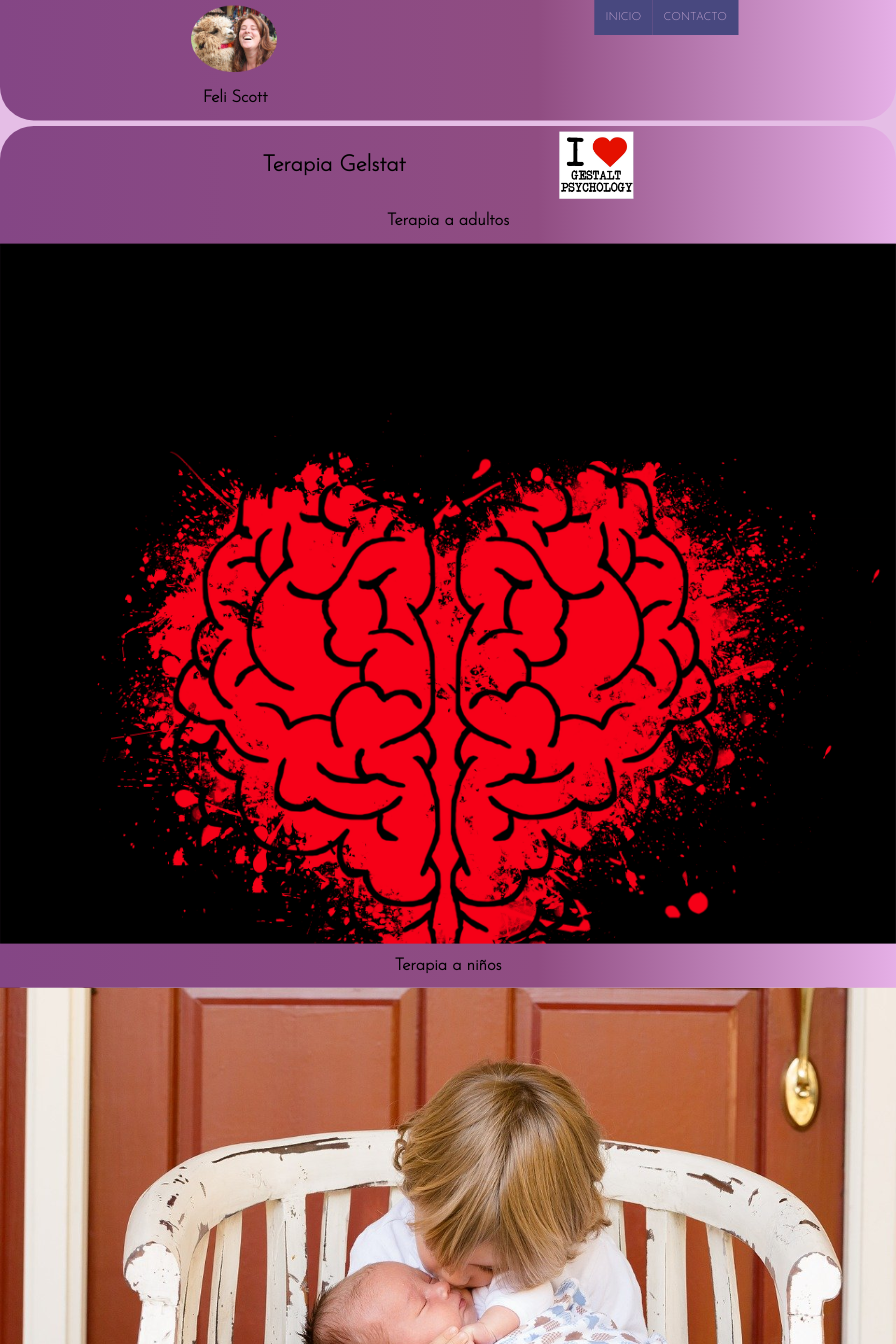
Repository: Jogalso/webPsicologa
Page: /
The author's editor kept a copy of each file at every save. The page is drawn from the files as they stood at one save, then again after the next save.
The browser window is 1280 px wide. The pictures show the part of the page from y = 0 to 1920 px (the page is 5081 px tall before and 5101 px after), at 70% of full size.
Backgrounds fixed to the window are drawn as part of the page. The project was rebuilt for these pictures with package versions that can differ from the ones it lists, and the page was loaded fresh each time. Some packages were replaced by stand-ins written for this rebuild. The framework's server and built-in components were replaced by stand-ins that run in the browser.

Above is the page before, as saved 2021-07-13 11:54:43.

### pages/index.js
import React from 'react'
import Layout from '../components/Layout'

import Header from '../components/Header'
import Terapias from '../components/Terapias'
import FormularioContacto from '../components/FormularioContacto'
import Footer from '../components/Footer'

export default function index() {
    return (
        <div>
            <Layout>
                <Header />
                <Terapias />
                <FormularioContacto />
                <Footer />
            </Layout>
        </div>
    )
}

### components/Layout.jsx
('use strict')
import Link from 'next/link';
import Head from 'next/head';
import React from 'react'

function Layout(props) {
    const {children, title} = props;
    return <div>
    <Head >
    <title>Terapia Gestalt: {title}</title>
        <meta name="viewport" content="width=device-width, initial-scale=1"></meta>
    </Head>
    {children}
    <style jsx global>
    {`
        html{
            background: #E5BEE6;
        }
    `}
    </style>
    <style jsx global>
        { `
           @import url('https://fonts.googleapis.com/css2?family=Josefin+Sans:wght@200&display=swap');
           body{
               max-width; 100%;
               width: 100%;
               margin: 0px;
               font-family:  'Josefin Sans', sans-serif;
           }
           @font-face {
               font-family: 'RymanEco';
               src: url('/fonts/RymanEco/RymanEco-Regular.otf');
           }
        `}
    </style>
</div>
}

export default Layout

### components/Header.jsx
import React from 'react'
import Link from 'next/link';
export default function Header() {
    return (
        <div>
            <div className="Header">
                <div className="InfoTerapetua">
                    <img className="InfoTerapetua__img" src="../imagenes/principal.png" />
                    <h2>Feli Scott</h2>
                </div>
                <div className="botones">
                    <Link href="/">
                        <a target="_blank">
                            Inicio
                        </a>
                    </Link>
                    <Link href="/contacto">
                        <a target="_blank">
                            Contacto
                        </a>
                    </Link>
                </div>
            </div>

            <style>
                {`
                    .Header{
                        background: linear-gradient(90deg, #844685 0, #904D82 60%, #E5AFE6);
                        border-bottom-right-radius: 3em;
                        border-bottom-left-radius: 3em;
                        margin-bottom: 0.5em;
                        display: flex;
                        justify-content: space-around;
                    }
                    .InfoTerapetua{
                        padding-top: 0.5em;
                        margin-left: 3em;
                        text-align: center;
                    }
                    .InfoTerapetua__img{
                        height: 6em;
                        width: auto;
                    }
                    .botones{

                    }
                    .botones a{
                        color: #E5BEE6;
                        background-color: #48487f;
                        display: inline-block;
                        text-transform: uppercase;
                        padding: 0.8em 1em;
                        text-decoration: none;
                        line-height: 1.5em;
                    }
                `}
            </style>
        </div>
    )
}

### components/Terapias.jsx
import React from 'react'

export default function Terapias() {
    return (
        <div>
            <div className="Terapias">
                <div className="Terapia__titulo">
                    <h1>Terapia Gelstat</h1>
                    <p></p>
                    <img className="Terapias__img" src="../imagenes/ILoveGestalt.png"/>
                </div>
                <div className="Terapia_modalidades">
                    <h2>Terapia a adultos</h2>
                    <div className="TerapiaPersonal"></div>

                    <h2>Terapia a niños</h2>
                    <div className="TerapiaNiños"></div>

                    <h2>Terapia a adolescentes</h2>
                    <div className="TerapiaAdolescentes"></div>

                    <h2>Terapia familiar</h2>
                    <div className="TerapiaFamiliar"></div>
                </div>
            </div>

            <style>
                {`
                    .Terapias{
                        background: linear-gradient(90deg, #844685 0, #904D82 60%, #E5AFE6);
                        border-top-right-radius: 3em;
                        border-top-left-radius: 3em;
                        text-align: center;
                    }
                    .Terapias h1{
                        padding-top: 1em;
                        margin-top: 0px;
                    }
                    .Terapias__img{
                        height: 6em;
                        width: auto;
                    }
                    .Terapia_modalidades{
                        width: 100%;
                    }
                    .Terapia__titulo{
                        margin-left: auto;
                        margin-right: auto;
                        padding-top: 0.5em;
                        max-width: 50%;
                        display: flex;
                        justify-content: space-around;
                    }
                    .TerapiaPersonal{
                        min-height: 1000px;
                        background-image: url("../imagenes/heart_1920.png");
                        background-repeat: no-repeat;
                        background-size: cover;
                        background-attachment: fixed;
                        background-position: right center;
                        margin-bottom 2em;
                    }
                    .TerapiaNiños{
                        min-height: 1000px;
                        background-image: url("../imagenes/niños_1280.jpg");
                        background-repeat: no-repeat;
                        background-size: cover;
                        background-attachment: fixed;
                        background-position: right center;
                    }
                    .TerapiaAdolescentes{
                        min-height: 1000px;
                        background-image: url("../imagenes/jovenes_1280.jpg");
                        background-repeat: no-repeat;
                        background-size: cover;
                        background-attachment: fixed;
                        background-position: right center;
                    }
                    .TerapiaFamiliar{
                        min-height: 1000px;
                        background-image: url("../imagenes/familias_1280.jpg");
                        background-repeat: no-repeat;
                        background-size: cover;
                        background-attachment: fixed;
                        background-position: right center;
                    }

                `}
            </style>
        </div>
    )
}

### components/FormularioContacto.jsx
import React from 'react'

import {useField} from '../hooks/useField'

const FormularioContacto = () => {

    //estado del nombre de usuario para login
    const {
        value: valueNombre,
        setValue: setValueNombre,
        errors: errorsNombre, //esta variable debe contener un String para mostrarlo como mensaje de validacion personalizado en los input text agnosticos
        addError: addErrorNombre, //metodo para añadir o concatener nuevos mensajes al String de errorsNombre
      } = useField({ initialValue: ' ' });

    const {
        value: valueEmail,
        setValue: setValueEmail,
        errors: errorsEmail, //esta variable debe contener un String para mostrarlo como mensaje de validacion personalizado en los input text agnosticos
        addError: addErrorEmail, //metodo para añadir o concatener nuevos mensajes al String de errorsNombre
      } = useField({ initialValue: ' ' });

    const {
        value: valueTelefono,
        setValue: setValueTelefono,
        errors: errorsTelefono, //esta variable debe contener un String para mostrarlo como mensaje de validacion personalizado en los input text agnosticos
        addError: addErrorTelefono, //metodo para añadir o concatener nuevos mensajes al String de errorsNombre
      } = useField({ initialValue: ' ' });

    const {
        value: valueMotivo,
        setValue: setValueMotivo,
        errors: errorsMotivo, //esta variable debe contener un String para mostrarlo como mensaje de validacion personalizado en los input text agnosticos
        addError: addErrorMotivo, //metodo para añadir o concatener nuevos mensajes al String de errorsNombre
      } = useField({ initialValue: ' ' });

    //metodo de adicion de errores
    const onFieldError = React.useCallback(
        ({ message, path }) => {
          switch (path[0]) {
            case "nombre":
                addErrorNombre(e.target.value)
                break;
            case "email":
                addErrorEmail(e.target.value)
                break;
             case "telefono":
                addErrorTelefono(e.target.value)
                break;
             case "motivo":
                addErrorMotivo(e.target.value)
                break;
          }
        },
        [addErrorNombre, addErrorEmail, addErrorTelefono, addErrorMotivo]
      );
    //metodo para el manejo del cambio de datos en los campos
    const handleChange = (e) => {
        switch (e.target.name){
           case "nombre":
               setValueNombre(e.target.value)
               break;
           case "email":
               setValueEmail(e.target.value)
               break;
            case "telefono":
                setValuePais(e.target.value)
                break;
            case "motivo":
                setValueMotivo(e.target.value)
                break;
       }
   }

    const onSubmit = (e) => {
        e.preventDefault();
        fetch('/api/send-email', {
          method: 'POST',
          headers: { 'Content-Type': 'application/json' },
          body: JSON.stringify({ nombre: valueNombre, email: valueEmail, telefono: valueTelefono, motivo: valueMotivo })
        });
        alert("Contact email has been sent successfully")
        window.location.href= "/";
    }
    return (

            <React.Fragment>
                <div className="container">
                    <div className="banner" />
                    <div className="formulario">
                        <form
                            className="ContactForm"
                            onSubmit={onSubmit}
                        >
                            <div className="titulo">
                                <span className="Titulo">Contacto</span>
                            </div>
                            <div className="inputs">
                                <div className="contenedorInput">
                                    <span>Nombre</span>
                                    <input
                                        name="nombre"
                                        type="text"
                                        required="true"
                                        title="Tu nombre y apellidos, para saber como dirigirnos a ti"
                                        className="nombre"
                                        onChange={handleChange}
                                    />
                                </div>
                                <div className="contenedorInput">
                                    <span>Correo Electronico</span>
                                    <input
                                        name="email"
                                        type="email"
                                        title="Un correo electronico que se de tu uso habitual"
                                        required="true"
                                        className="email"
                                        onChange={handleChange}
                                    />
                                </div>
                                <div className="contenedorInput">
                                    <span>Telefono</span>
                                    <input
                                        name="nombre"
                                        type="tel"
                                        pattern="[ +][0-9]{3} [0-9]{3} [0-9]{2} [0-9]{2} [0-9]{2}"
                                        title="Un numero de telefono con la posibilidad de +000 de la procedencia, seguido de 9 digitos entre el 0 al 9"
                                        required="true"
                                        className="nombre"
                                        onChange={handleChange}
                                    />
                                </div>
                            </div>
                            <div className="containerMotivo">
                                <span className="spanMotivo">Motivo</span>
                                <textarea
                                    name="motivo"
                                    type="text"
                                    title="Explicar brevemente el motivo de contacto"
                                    className="inputFormMotivo"
                                    onChange={handleChange}
                                />
                                </div>
                            <div className="boton">
                                <button
                                    className="submitForm"
                                >
                                    Enviar
                                </button>
                            </div>
                        </form>
                    </div>
                    <div className="banner" />
                </div>

                <style jsx>
                    {`
                       .container{
                            border-bottom-right-radius: 3em;
                            border-bottom-left-radius: 3em;
                            display: flex;
                            background:linear-gradient(90deg, #844685 0, #904D82 60%, #E5AFE6);
                            color: #E5BEE6;
                       }
                       .formulario{
                           display: flex;
                           justify-content: center;
                           text-align: center;
                           width: 70%;
                       }
                       .banner{
                         width: 25%;
                        }
                        .inputs{
                            display: flex;
                        }
                        .inputs div {
                            text-align: center;
                            margin: 10px;
                            padding: 20px;
                            font-size: 30px;
                        }
                        .inputs span{
                            font-family: 'RymanEco';
                        }
                        .contenedorInput{
                            display: grid;
                            jusfify-content: center;
                            margin: auto;
                        }
                       .Titulo{
                            font-family: 'RymanEco';
                            padding-top: 1rem;
                            display: flex;
                            justify-content: center;
                            font-size: 3em;
                       }
                       input{
                           padding: 0.8em;
                           text-rendering: optimizeLegibility;
                       }
                       .email{
                           width: 30em;
                       }
                       .containerMotivo{
                           display: grid;
                           max-width: 100%;
                           justify-content: center;
                       }
                       .containerMotivo span{
                            font-size: 30px;
                            font-family: 'RymanEco';
                       }
                       .inputFormMotivo{
                            max-width: 100%;
                            width: 60em;
                            height: 10em;
                            text-rendering: optimizeLegibility;
                            padding: 0.8em;
                            resize: none;
                            border-radius: 4px;
                            border: 2px solid #ccc;
                       }
                       .submitForm{
                            box-sizing: border-box;
                            color: #fff;
                            cursor: pointer;
                            display: inline-block;
                            border: none;
                            display: block;
                            margin-left: auto;
                            margin-right: auto;
                            margin-bottom: 2em;
                            margin-top: 2em;
                            background-color: #0a8ecd;
                            box-shadow: 0 2px 13px 0 rgba(4,116,186,0.5);
                            border-radius: 0 3px 3px 0;
                            flex-shrink: 0;
                            padding: 10px 1rem;
                            height: 50px;
                            margin-bottom: 25px;
                            font-size: 1.2rem;
                       }
                       @media only screen and (max-width: 1600px){
                            .email{
                                width: 20em;
                            }
                        }
                        @media only screen and (max-width: 1400px){
                            .banner{
                                width: 15%;
                            }
                        }
                        @media only screen and (max-width: 1200px){
                            .banner{
                                width: 5%;
                            }
                            .formulario{
                                width: 90%;
                            }
                        }
                        @media only screen and (max-width: 1000px){
                            .banner{
                                width: 0%;
                            }
                            .formulario{
                                width: 100%;
                            }
                        }
                        @media only screen and (max-width: 900px){
                            .formulario{
                                width: 100%;
                                justify-content: center;
                            }
                            .ContactForm{
                                max-width: 100%;
                            }
                            .inputs{
                                flex-direction: column;
                                margin: auto;
                            }
                            .email{
                                width: 100%;
                                max-width: 100%;
                            }
                            .nombre{
                                width: 100%;
                                max-width: 100%;
                            }
                            .containerMotivo{
                                display; flex;
                                flex-direction: column;
                            }
                            .inputFormMotivo{
                                width: 30em;
                                max-width: 90%;
                                margin-left: 2em;
                            }
                        }
                        @media only screen and (max-width: 600px){
                            .inputFormMotivo{
                                width: 20rem;
                            }
                        }
                        @media only screen and (max-width: 420px){
                            .inputs{
                                max-width: 80%;
                            }
                            .inputFormMotivo{
                                width: 15rem;
                                max-width: 80%;
                                margin-left: 1em;s
                            }
                        }
                    `}
                </style>
            </React.Fragment>
    )
}

export default FormularioContacto

### components/Footer.jsx
import Link from 'next/link'

export default function Footer() {
    return (
        <div>
            <div className="Header">
                <Link href="/terms">
                    <a target="_blank">
                        Terminos
                    </a>
                </Link>
                <Link href="/privacy">
                    <a target="_blank">
                        Politica privacidad
                    </a>
                </Link>
                <Link href="/about">
                    <a target="_blank">
                        About
                    </a>
                </Link>
            </div>

            <style>
                {`
                    .Footer{
                        background: linear-gradient(90deg, #844685 0, #904D82 60%, #E5AFE6);
                        display: flex;
                        justify-content: left;
                        border-top-right-radius: 3em;
                        border-top-left-radius: 3em;
                    }
                    .Footer a{
                        border-radius: 2px;
                        color: #E5BEE6;
                        background-color: #48487f;
                        display: inline-block;
                        text-transform: uppercase;
                        padding: 0.8em 1em;
                        text-decoration: none;
                        line-height: 1.5em;
                    }
                `}
            </style>
        </div>
    )
}

### hooks/useField.js
import React, {useState, useReducer} from 'react'
const errorInicial = [ ]
function adder(errors, action) {
    return errors.join(action.message)
}
export function useField({ initialValue }) {

    const [value, setValue] = useState(initialValue)
    const [errors, addError] = useReducer(adder, errorInicial)

    return { value, setValue, errors, addError}
}

After the next save:
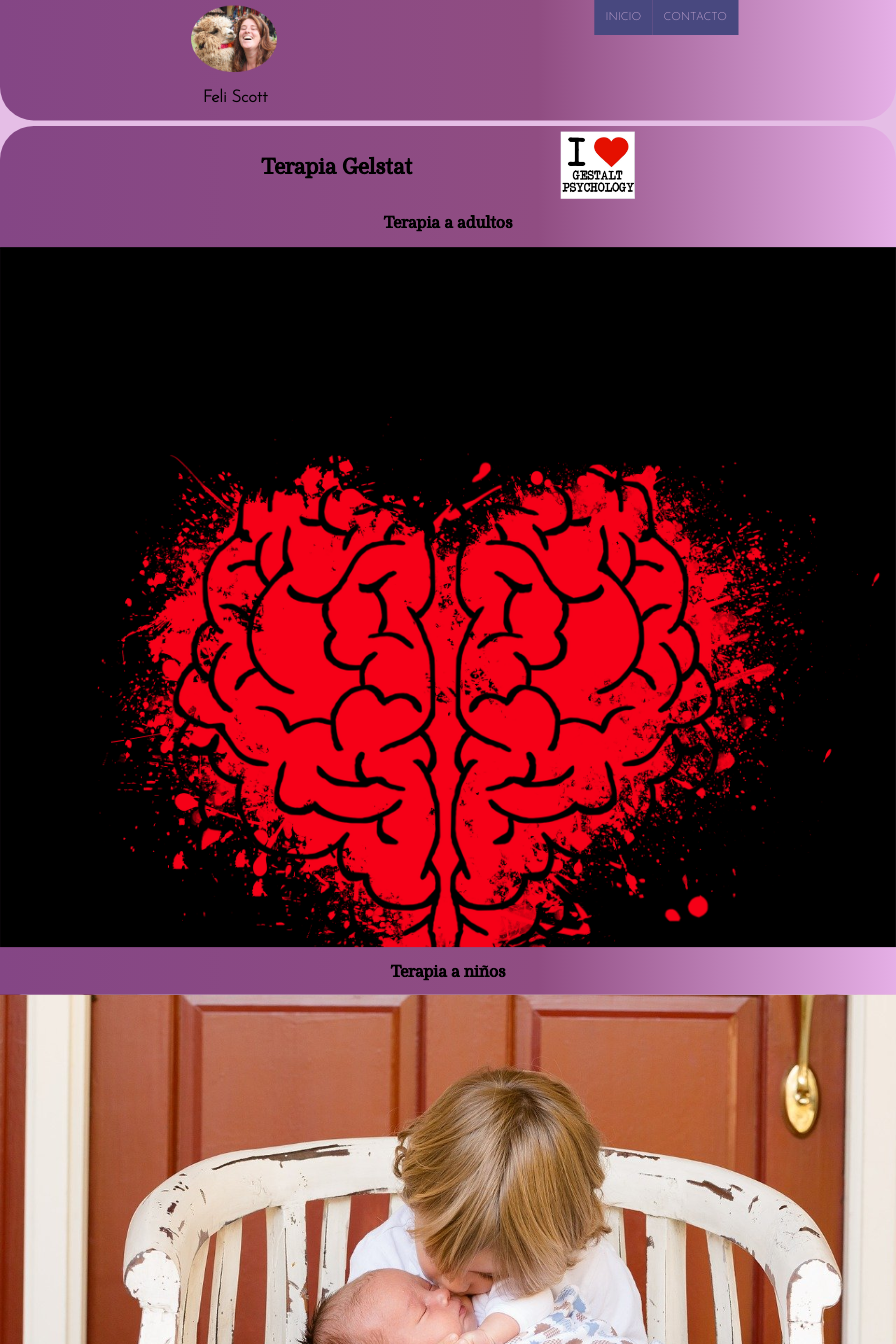
Saved 60 s later.
--- a/components/Terapias.jsx
+++ b/components/Terapias.jsx
@@ -31,6 +31,7 @@ export default function Terapias() {
                         border-top-right-radius: 3em;
                         border-top-left-radius: 3em;
                         text-align: center;
+                        font-family: 'RymanEco';
                     }
                     .Terapias h1{
                         padding-top: 1em;
